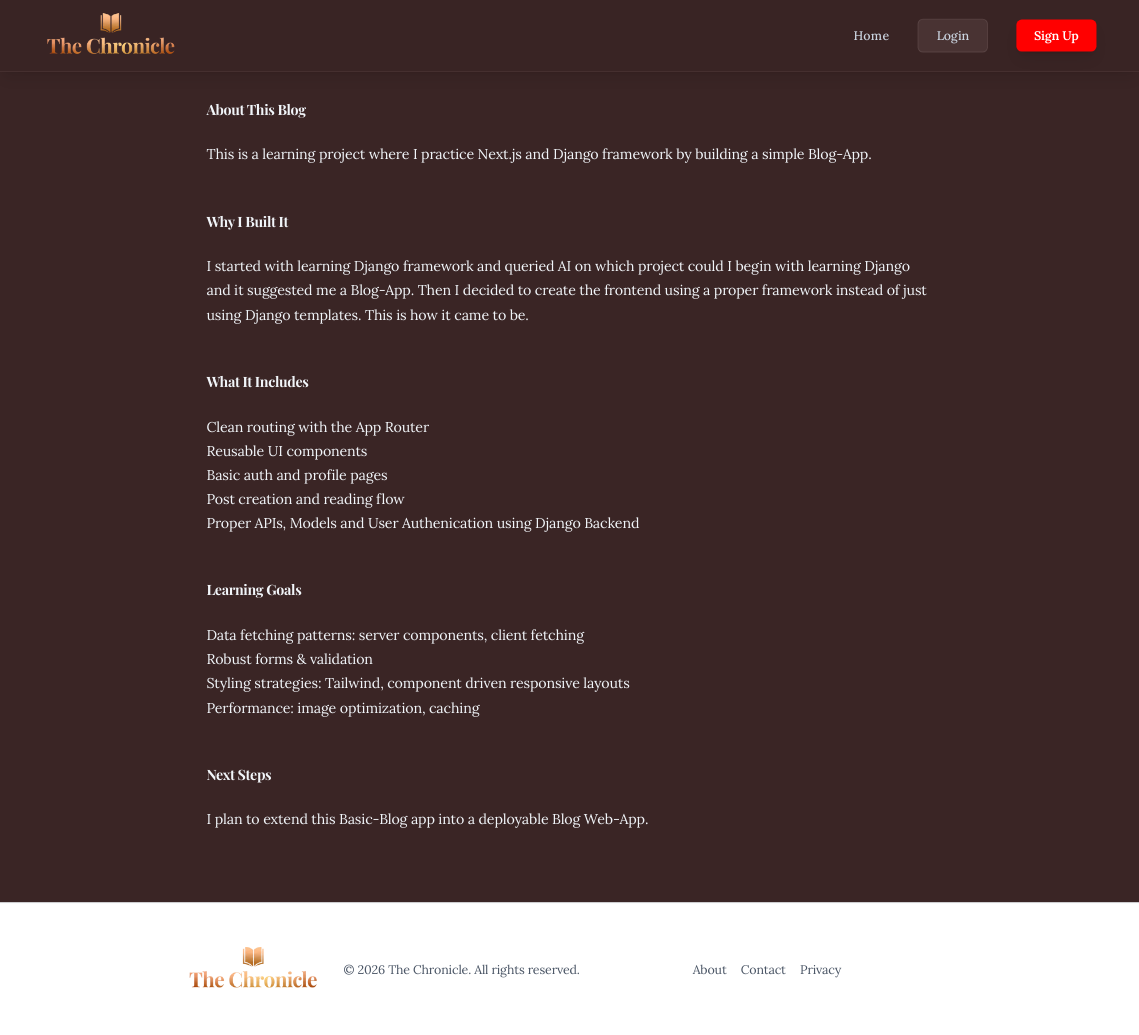
Repository: swaruplamsal/BasicBlogApp
Page: /about (app in blog-frontend/)
These files come from the project's save history. The page is drawn as it stood at one moment and after the next save; the edit follows.
The browser window is 1280 px wide. The pictures show the whole page, at 89% of full size.
The page's requests for data from a server got no answer. The project was rebuilt for these pictures with package versions that can differ from the ones it lists, and the page was loaded fresh each time. The framework's server and built-in components were replaced by stand-ins that run in the browser. No one was signed in, and anything a server would have sent is missing. Also part of the build but not shown: blog-frontend/next.config.mjs, blog-frontend/app/components/Avatar.js.

Above is the page before, as saved 2026-02-07 21:06:06.

After the next save:
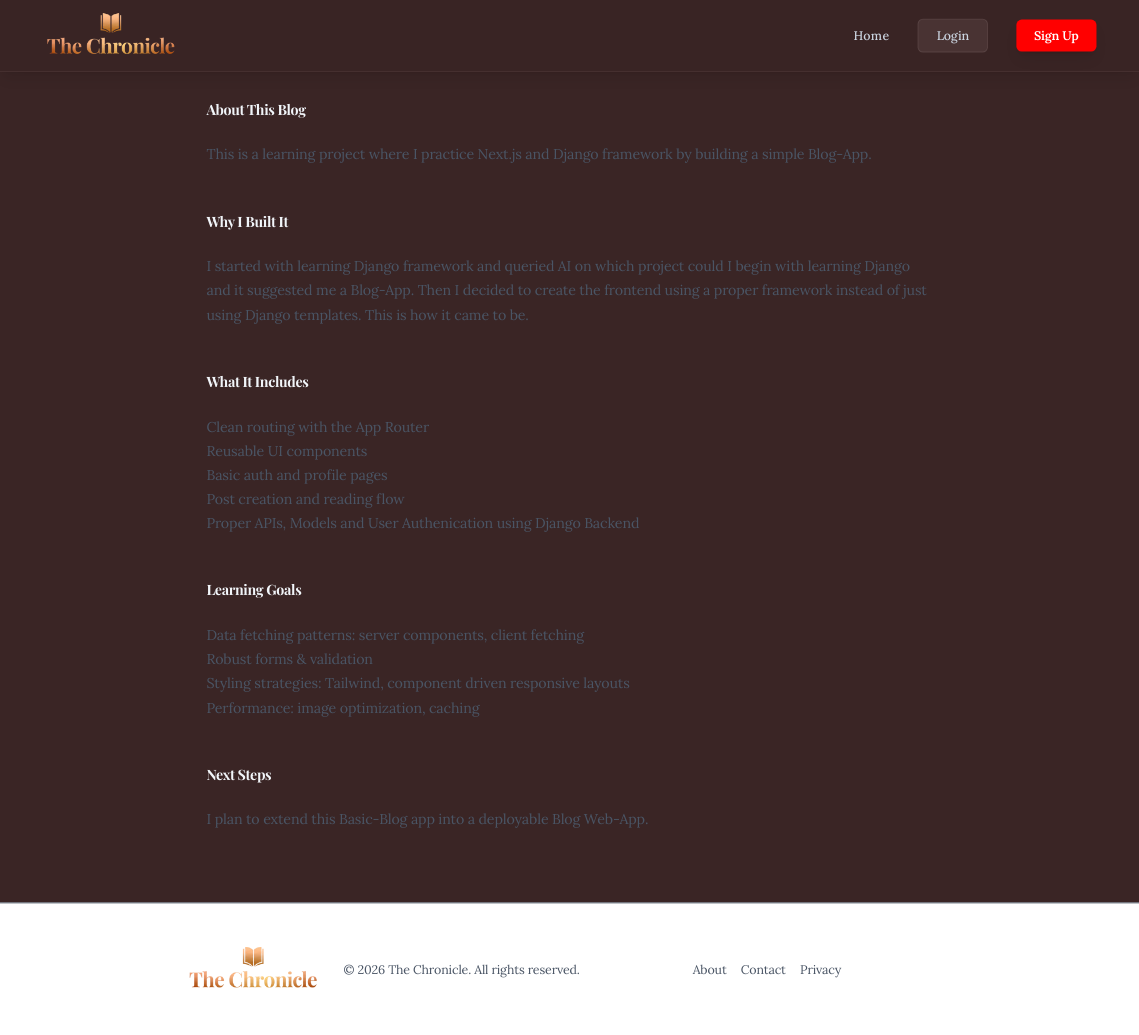
Saved 8 s later.
--- a/blog-frontend/app/about/page.js
+++ b/blog-frontend/app/about/page.js
@@ -7,7 +7,7 @@ const sectionStyle = {
 
 export default function About() {
   return (
-    <div className="dark:bg-slate-950 text-">
+    <div className="dark:bg-slate-950 text-gray-600">
       <Navbar />
       <main style={{ padding: "2rem", maxWidth: "880px", margin: "0 auto" }}>
         <h1>About This Blog</h1>
